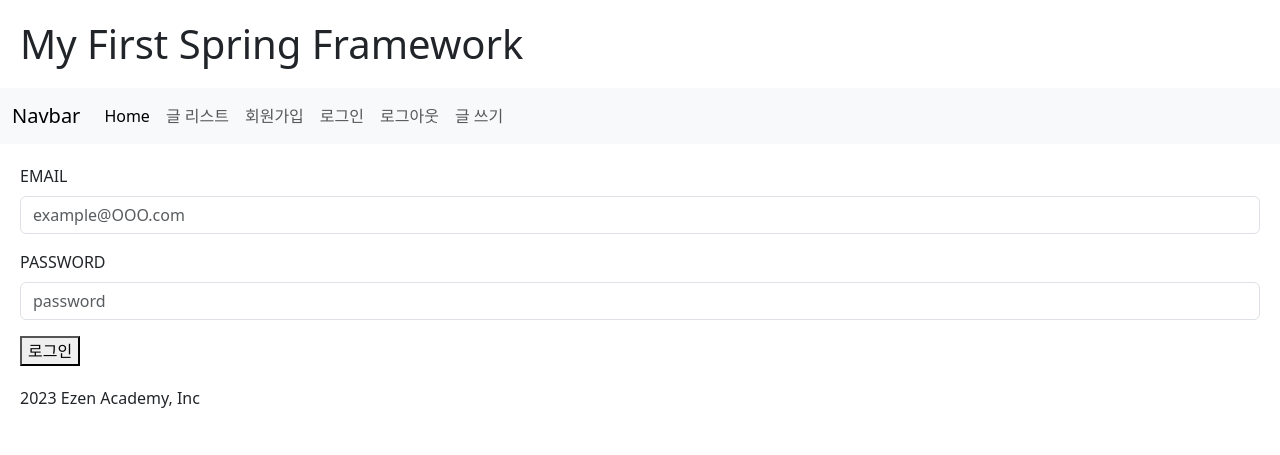
Repository: jinho0717/spring
Page: http://localhost/springProject/WEB-INF/views/member/login.jsp
An editor plug-in stored every save of this project. The page is shown before and after the next save, followed by the edit.
The browser window is 1280 px wide. The pictures show the whole page.
The page is served by Tomcat 9. Nobody is signed in. Other server files are loaded and not shown. The template is opened directly, without the code that normally fills it, so the values that code supplies are empty.

Above is the page before, as saved 2023-10-27 12:16:49.

### springProject/src/main/webapp/WEB-INF/views/member/login.jsp
<%@ page language="java" contentType="text/html; charset=UTF-8"
    pageEncoding="UTF-8"%>
     <%@ taglib uri="http://java.sun.com/jsp/jstl/core" prefix="c" %>
<!DOCTYPE html>
<html>
<head>
<meta charset="UTF-8">
<title>Insert title here</title>
</head>
<body>
<jsp:include page="../common/header.jsp"></jsp:include>
<jsp:include page="../common/nav.jsp"></jsp:include>

	<form action="/member/login" method="post">
	<div class="mb-3">
	  <label for="e" class="form-label">EMAIL</label>
	  <input type="email" class="form-control" name="email" id="e" placeholder="example@OOO.com">
	</div>
	<div class="mb-3">
	  <label for="p" class="form-label">PASSWORD</label>
	  <input type="password" class="form-control" name="pwd" id="p" placeholder="password">
	</div>
<button type="submit">로그인</button>
</form>


<jsp:include page="../common/footer.jsp" />
</body>
</html>

### springProject/src/main/webapp/WEB-INF/views/common/header.jsp
<%@ page language="java" contentType="text/html; charset=UTF-8"
    pageEncoding="UTF-8"%>
     <%@ taglib uri="http://java.sun.com/jsp/jstl/core" prefix="c" %>
<!DOCTYPE html>
<html>
<head>
<meta charset="UTF-8">
<title>Insert title here</title>
<link href="https://cdn.jsdelivr.net/npm/bootstrap@5.3.1/dist/css/bootstrap.min.css" rel="stylesheet" integrity="sha384-4bw+/aepP/YC94hEpVNVgiZdgIC5+VKNBQNGCHeKRQN+PtmoHDEXuppvnDJzQIu9" crossorigin="anonymous">
<script src="https://cdn.jsdelivr.net/npm/bootstrap@5.3.1/dist/js/bootstrap.bundle.min.js" integrity="sha384-HwwvtgBNo3bZJJLYd8oVXjrBZt8cqVSpeBNS5n7C8IVInixGAoxmnlMuBnhbgrkm" crossorigin="anonymous"></script>
<style type="text/css">
h1 , p , h3, form{
margin: 20px
}
</style>
</head>
<body>
<h1>My First Spring Framework</h1>

</body>
</html>

### springProject/src/main/webapp/WEB-INF/views/common/nav.jsp
<%@ page language="java" contentType="text/html; charset=UTF-8"
    pageEncoding="UTF-8"%>
     <%@ taglib uri="http://java.sun.com/jsp/jstl/core" prefix="c" %>
<!DOCTYPE html>
<html>
<head>
<meta charset="UTF-8">
<title>Insert title here</title>

</head>
<body>
<header>
	<nav class="navbar navbar-expand-lg bg-body-tertiary">
  <div class="container-fluid">
    <a class="navbar-brand" href="#">Navbar</a>
    <button class="navbar-toggler" type="button" data-bs-toggle="collapse" data-bs-target="#navbarSupportedContent" aria-controls="navbarSupportedContent" aria-expanded="false" aria-label="Toggle navigation">
      <span class="navbar-toggler-icon"></span>
    </button>
    <div class="collapse navbar-collapse" id="navbarSupportedContent">
      <ul class="navbar-nav me-auto mb-2 mb-lg-0">
        <li class="nav-item">
          <a class="nav-link active" aria-current="page" href="/">Home</a>
        </li>
        <li class="nav-item">
          <a class="nav-link" href="/board/list">글 리스트</a>
        </li>
        <li class="nav-item">
          <a class="nav-link" href="/member/register">회원가입</a>
        </li>
        <li class="nav-item">
          <a class="nav-link" href="/member/login">로그인</a>
        </li>
        <li class="nav-item">
          <a class="nav-link" href="/member/logout">로그아웃</a>
        </li>
        <li class="nav-item">
          <a class="nav-link" href="/board/register">글 쓰기</a>
        </li>
      </ul>
    </div>
  </div>
</nav>
</header>
</body>
</html>

### springProject/src/main/webapp/WEB-INF/views/common/footer.jsp
<%@ page language="java" contentType="text/html; charset=UTF-8"
    pageEncoding="UTF-8"%>
    <%@ taglib uri="http://java.sun.com/jsp/jstl/core" prefix="c" %>
<!DOCTYPE html>
<html>
<head>
<meta charset="UTF-8">
<title>Insert title here</title>

</head>
<body>
<div>
	<p>2023 Ezen Academy, Inc</p>
</div>
</body>
</html>

After the next save:
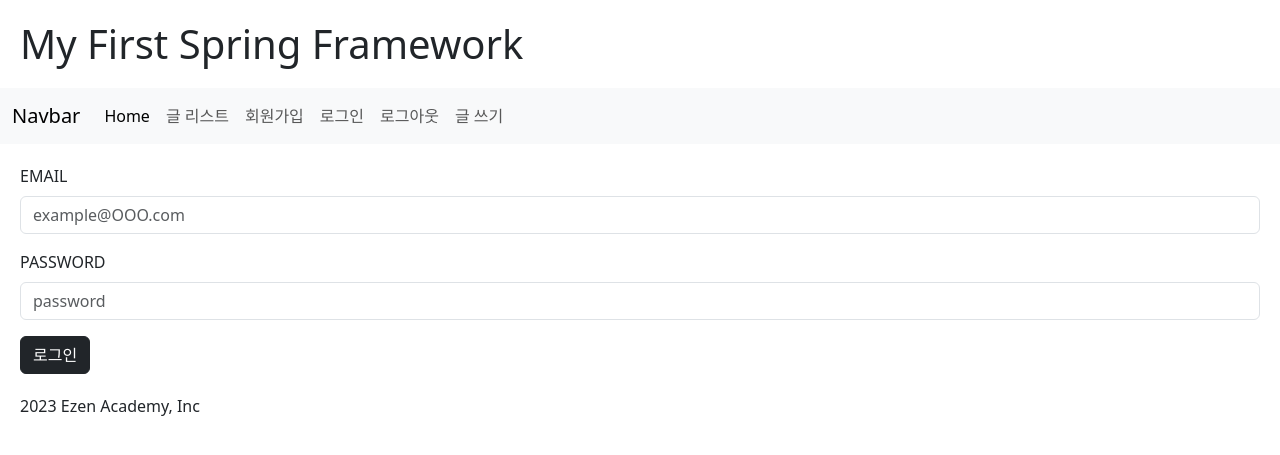
Saved 40 s later.
--- a/springProject/src/main/webapp/WEB-INF/views/member/login.jsp
+++ b/springProject/src/main/webapp/WEB-INF/views/member/login.jsp
@@ -20,7 +20,7 @@
 	  <label for="p" class="form-label">PASSWORD</label>
 	  <input type="password" class="form-control" name="pwd" id="p" placeholder="password">
 	</div>
-<button type="submit">로그인</button>
+<button type="submit" class="btn btn-dark">로그인</button>
 </form>
 
 
